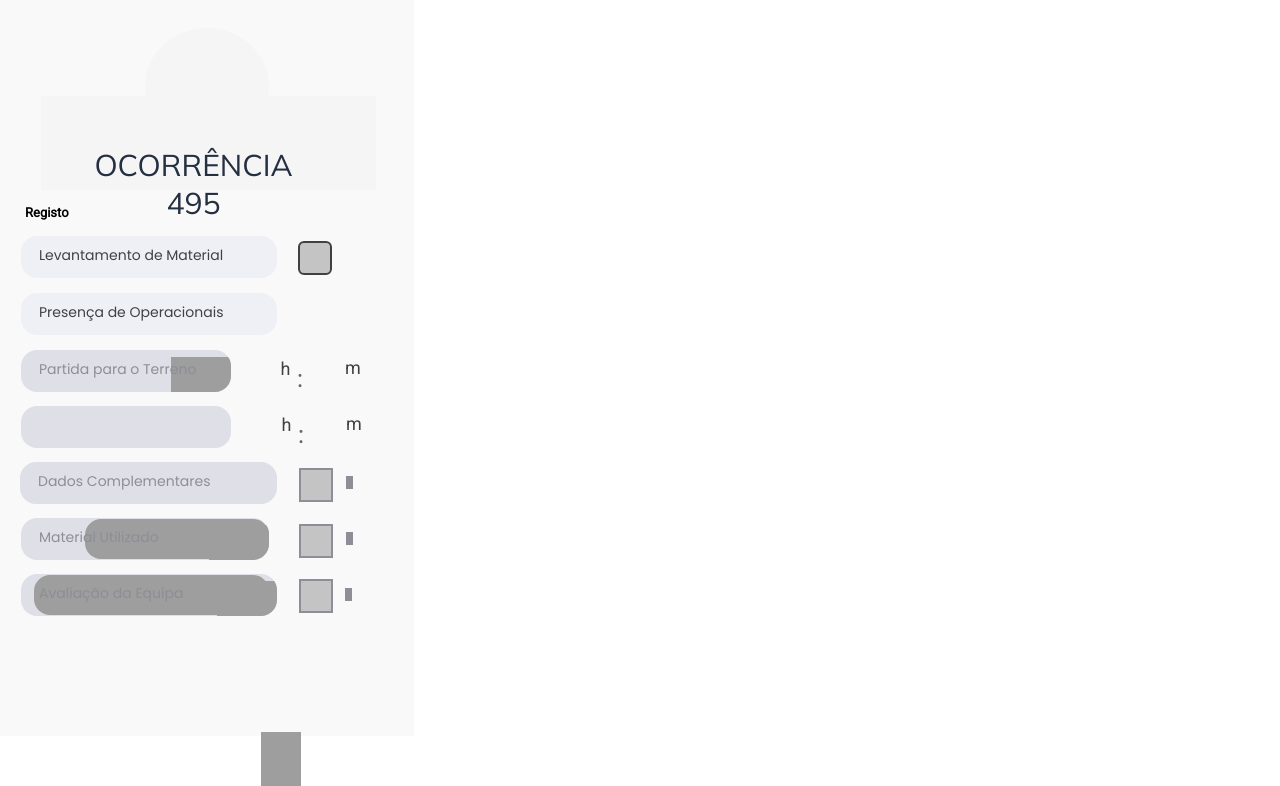
Repository: UnivMinho/D12_frontend
Page: Responsável no Terreno/Front-Office/RegistoDadosOcorrencia.html
The author's editor kept a record of every edit. The page is drawn from the files as they stood at one moment, then again after the next edit.
The browser window is 1280 px wide. The pictures show the whole page.
Pictures or frames that could not be fetched are drawn as grey boxes. Some web libraries are served in a nearby version.

Above is the page before.

After the next edit:
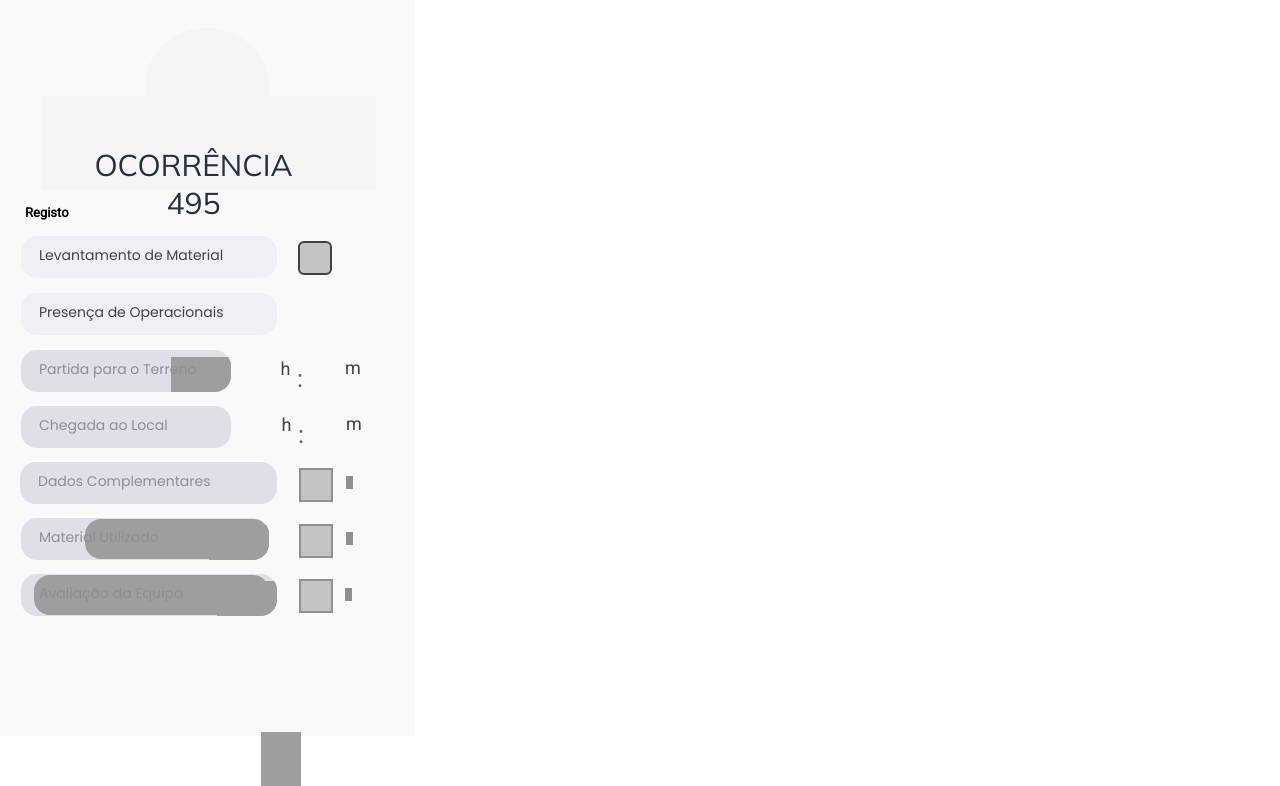
The edit:
--- a/Responsável no Terreno/Front-Office/RegistoDadosOcorrencia.css
+++ b/Responsável no Terreno/Front-Office/RegistoDadosOcorrencia.css
@@ -233,8 +233,8 @@
   width: 141px;
   color: rgba(141,142,150,1);
   position: absolute;
-  top: 415px;
-  left: 25px;
+  top: 9px;
+  left: 18px;
   font-family: Poppins;
   font-weight: Medium;
   font-size: 14px;
